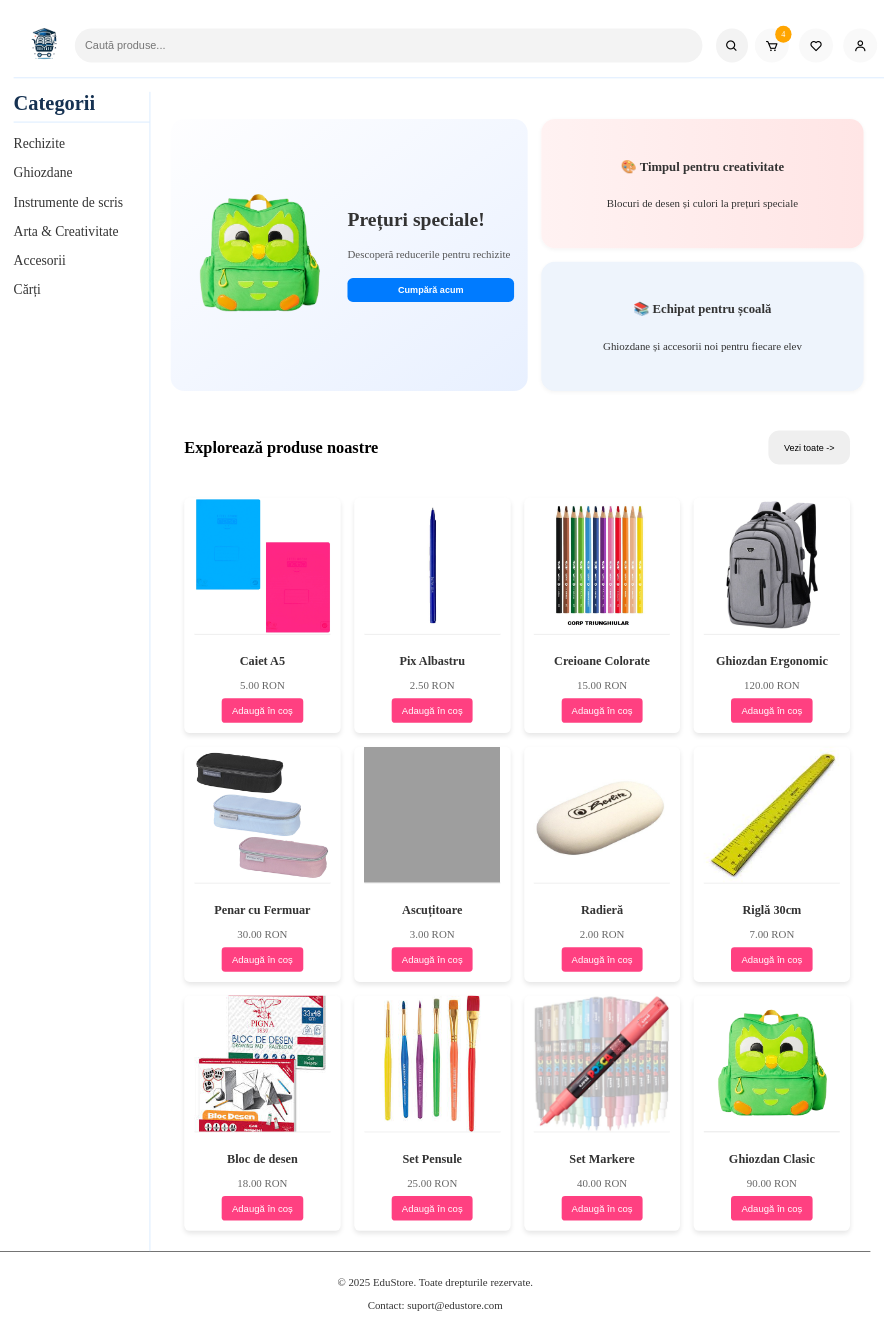
Repository: Roxana5504/WebDev-Project
Page: frontend/index.html
The author's editor kept a copy of each file at every save. The page is drawn from the files as they stood at one save, then again after a run of saves.
The browser window is 1280 px wide. The page is 1300 px wide, then 1280 px, so the pictures cover 1300 px, including what lies to the right of the window. The pictures show the whole page, at 68% of full size.
Pictures or frames that could not be fetched are drawn as grey boxes.

Above is the page before, as saved 2025-04-23 17:02:08.

After the next 2 saves:
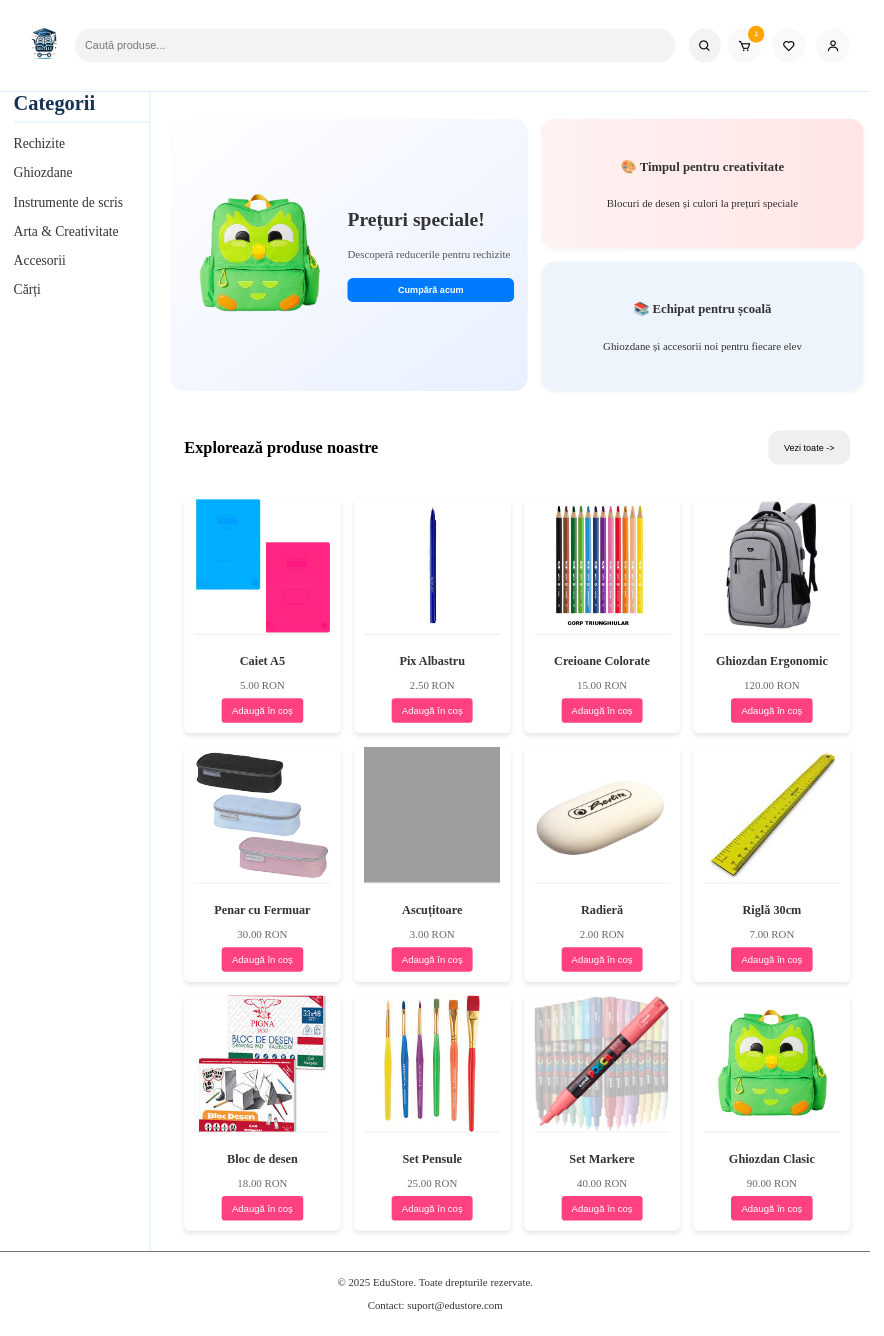
The 2 saves are shown as one change because they came seconds apart.
The last was saved 26 s later.
--- a/frontend/styles.css
+++ b/frontend/styles.css
@@ -83,8 +83,7 @@ body {
 }
 
 .container-header {
-  padding: 10px;
-  margin: 20px;
+  padding: 30px;
   display: flex;
   align-items: center;
   justify-content: space-between;
